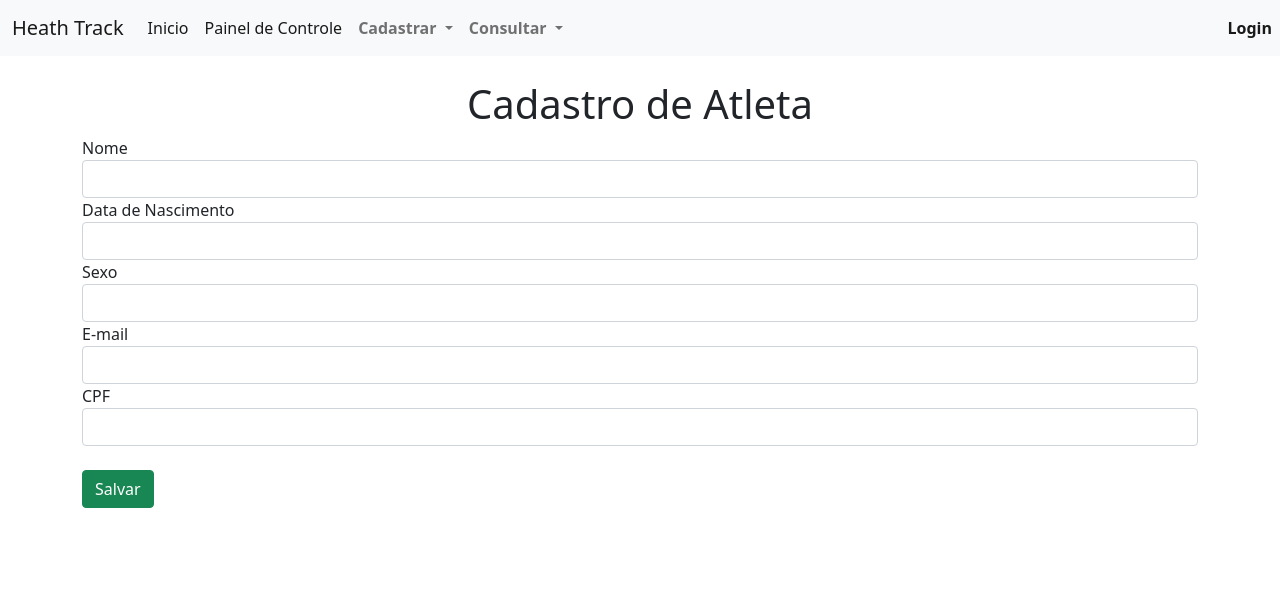
Repository: FellipySantos/HealthTrack_Finalizado
Page: http://localhost/JSPs/cadastro-atleta.jsp
These files come from the project's save history. The page is drawn as it stood at one moment and after the next save; the edit follows.
The browser window is 1280 px wide. The pictures show the whole page.
The page is served by Tomcat 9. Other server files are loaded and not shown.

Above is the page before, as saved 2021-11-22 00:58:59.

### JSP/JSPs/WebContent/cadastro-atleta.jsp
<%@ page language="java" contentType="text/html; charset=ISO-8859-1"
    pageEncoding="ISO-8859-1"%>
<%@ taglib prefix="c" uri="http://java.sun.com/jsp/jstl/core" %>
<!DOCTYPE html PUBLIC "-//W3C//DTD HTML 4.01 Transitional//EN" "http://www.w3.org/TR/html4/loose.dtd">
<html>
<head>
<meta http-equiv="Content-Type" content="text/html; charset=ISO-8859-1">
<title>Cadastro de Atleta</title>
<%@ include file="header.jsp" %>
</head>
<body>
<%@ include file="menu.jsp" %>
<div class="container">
    <br>
	<h1><center>Cadastro de Atleta</center></h1>
	<c:if test="${not empty msg }">
		<div class="alert alert-success">${msg}</div>
	</c:if>
	<c:if test="${not empty erro }">
		<div class="alert alert-danger">${erro}</div>
	</c:if>
	<form action="atleta" method="post">
		<input type="hidden" value="cadastrar" name="acao">
		<div class="form-group">
			<label for="id-nome">Nome</label>
			<input type="text" name="nome" id="id-nome" class="form-control">
		</div>
		<div class="form-group">
			<label for="id-dtNasc">Data de Nascimento</label>
			<input type="text" name="dtNasc" id="id-dtNasc" class="form-control">
		</div>
		<div class="form-group">
			<label for="id-sexo">Sexo</label>
			<input type="text" name="sexo" id="id-sexo" class="form-control">
		</div>
		<div class="form-group">
			<label for="id-email">E-mail</label>
			<input type="text" name="email" id="id-email" class="form-control">
		</div>
		<div class="form-group">
			<label for="id-cpf">CPF</label>
			<input type="text" name="cpf" id="id-cpf" class="form-control">
		</div>

		<br>
		<input type="submit" value="Salvar" class="btn btn-success">
	</form>
</div>


<%@ include file="footer.jsp" %>
</body>
</html>

### JSP/JSPs/WebContent/header.jsp
<%@ page language="java" contentType="text/html; charset=ISO-8859-1"
    pageEncoding="ISO-8859-1"%>
<!DOCTYPE html>
<html>
<head>
<meta charset="ISO-8859-1">

<link rel="stylesheet" type="text/css" href="resources/css/bootstrap.css">
<link rel="stylesheet" type="text/css" href="resources/css/bootstrap-grid.css">
<link rel="stylesheet" type="text/css" href="resources/css/bootstrap-reboot.css">

<script type="text/javascript" src="resources/js/jquery-3.6.0.min.js"></script>
<script type="text/javascript" src="resources/js/popper.min.js"></script>
<script type="text/javascript" src="resources/js/bootstrap.min.js"></script>
<script type="text/javascript" src="resources/js/bootstrap.min.js"></script>

<script src="https://stackpath.bootstrapcdn.com/bootstrap/4.3.1/js/bootstrap.min.js" integrity="sha384-JjSmVgyd0p3pXB1rRibZUAYoIIy6OrQ6VrjIEaFf/nJGzIxFDsf4x0xIM+B07jRM" crossorigin="anonymous"></script>


</head>






<body>



</body>



</html>

### JSP/JSPs/WebContent/menu.jsp

   <nav class="navbar navbar-expand-lg navbar-light bg-light">
        <div class="container-fluid">
          <a class="navbar-brand" href="index.jsp">Heath Track</a>
          <button class="navbar-toggler" type="button" data-bs-toggle="collapse" data-bs-target="#navbarSupportedContent" aria-controls="navbarSupportedContent" aria-expanded="false" aria-label="Toggle navigation">
            <span class="navbar-toggler-icon"></span>
          </button>
          <div class="collapse navbar-collapse" id="navbarSupportedContent">
            <ul class="navbar-nav me-auto mb-2 mb-lg-0">
              <li class="nav-item">
                <a class="nav-link active" aria-current="page" href="index.jsp">Inicio</a>
              </li>
              <li class="nav-item">
                <a class="nav-link active" aria-current="page" href="painel.jsp">Painel de Controle</a>
              </li>
              <li class="nav-item dropdown">
                <a class="nav-link dropdown-toggle" href="#" id="navbarDropdown" role="button" data-bs-toggle="dropdown" aria-expanded="false">
                  <b>Cadastrar</b>
                </a>
                <ul class="dropdown-menu" aria-labelledby="navbarDropdown">
                  <li><a class="dropdown-item" href="cadastro-dieta.jsp">Dieta</a></li>
                  <li><a class="dropdown-item" href="cadastro-pressao.jsp">Pressão</a></li>
                  <li><a class="dropdown-item" href="cadastro-treino.jsp">Treino</a></li>
                  <li><a class="dropdown-item" href="cadastro-imc.jsp">Imc</a></li>
                   <li><hr class="dropdown-divider"></li>
                  <li><a class="dropdown-item" href="cadastro-atleta.jsp">Atleta</a></li>
                  <li><a class="dropdown-item" href="cadastro-nutri.jsp">Nutricionista</a></li>
                  <li><a class="dropdown-item" href="cadastro-treinador.jsp">Treinador</a></li>
                </ul>
              </li>

                 <li class="nav-item dropdown">
                <a class="nav-link dropdown-toggle" href="#" id="navbarDropdown" role="button" data-bs-toggle="dropdown" aria-expanded="false">
                  <b>Consultar</b>
                </a>
                <ul class="dropdown-menu" aria-labelledby="navbarDropdown">
                  <li><a class="dropdown-item" href="dieta?acao=listar">Dieta</a></li>
                  <li><a class="dropdown-item" href="pressao?acao=listar">Pressão</a></li>
                  <li><a class="dropdown-item" href="treino?acao=listar">Treino</a></li>
                  <li><a class="dropdown-item" href="imc?acao=listar">Imc</a></li>
                  <li><hr class="dropdown-divider"></li>
                  <li><a class="dropdown-item" href="atleta?acao=listar">Atleta</a></li>
                  <li><a class="dropdown-item" href="nutri?acao=listar">Nutricionista</a></li>
                  <li><a class="dropdown-item" href="treinador?acao=listar">Treinador</a></li>
                </ul>
              </li>


            </ul>

          </div>

        </div>
        <div class="collapse navbar-collapse" id="navbarSupportedContent">
          <ul class="navbar-nav me-auto mb-2 mb-lg-0">
            <li class="nav-item">
              <b><a class="nav-link active" aria-current="page" href="#">Login</a></b>
            </li>
            </ul>
            </div>



      </nav>

### JSP/JSPs/WebContent/footer.jsp
<%@ page language="java" contentType="text/html; charset=ISO-8859-1"
    pageEncoding="ISO-8859-1"%>
<!DOCTYPE html>
<html>
<head>
<meta charset="ISO-8859-1">

<script type="text/javascript" src="resources/js/jquery-3.6.0.min.js"></script>
<script type="text/javascript" src="resources/js/bootstrap.min.js"></script>

</head>





<body>


</body>
</html>

Loaded but not shown: JSP/JSPs/WebContent/resources/css/bootstrap.css (library); JSP/JSPs/WebContent/resources/css/bootstrap-grid.css (library); JSP/JSPs/WebContent/resources/css/bootstrap-reboot.css (library); JSP/JSPs/WebContent/resources/js/jquery-3.6.0.min.js (library); JSP/JSPs/WebContent/resources/js/popper.min.js (library); JSP/JSPs/WebContent/resources/js/bootstrap.min.js (library)

After the next save:
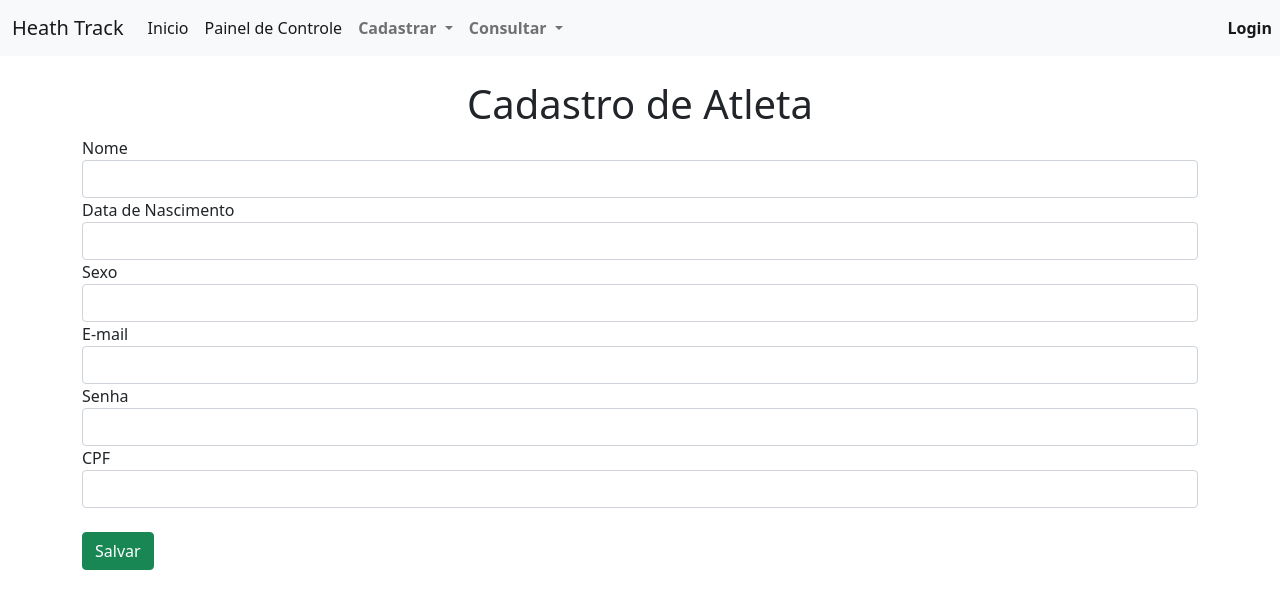
Saved 96 s later.
--- a/JSP/JSPs/WebContent/cadastro-atleta.jsp
+++ b/JSP/JSPs/WebContent/cadastro-atleta.jsp
@@ -38,6 +38,10 @@
 			<input type="text" name="email" id="id-email" class="form-control">
 		</div>
 		<div class="form-group">
+			<label for="id-senha">Senha</label>
+			<input type="text" name="senha" id="id-senha" class="form-control">
+		</div>
+		<div class="form-group">
 			<label for="id-cpf">CPF</label>
 			<input type="text" name="cpf" id="id-cpf" class="form-control">
 		</div>
